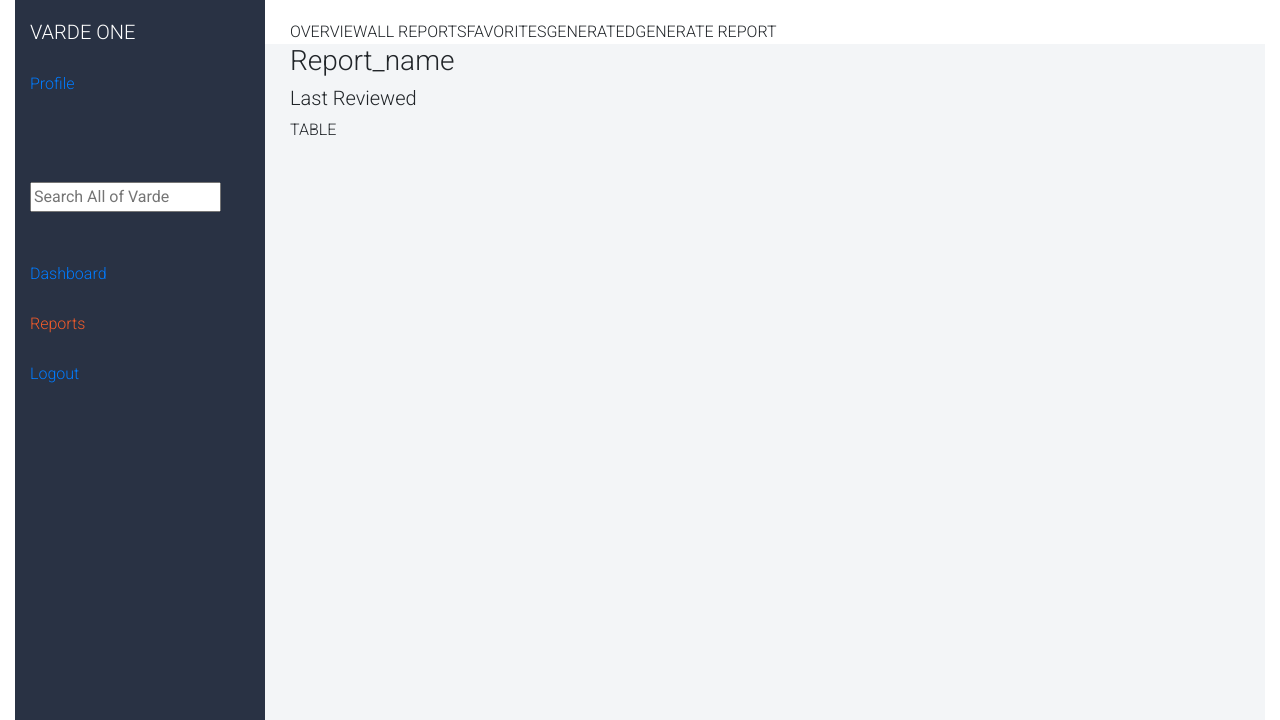
Repository: slavishtipkov/cra-redux
Page: /reports
The author's editor kept a copy of each file at every save. The page is drawn from the files as they stood at one save, then again after the next save.
The browser window is 1280 px wide. The pictures show the whole page.
The project was rebuilt for these pictures with package versions that can differ from the ones it lists, and the page was loaded fresh each time.

Above is the page before, as saved 2019-07-09 13:29:08.

### src/index.js
import React from "react";
import ReactDOM from "react-dom";
import { BrowserRouter as Router } from "react-router-dom";

import * as serviceWorker from "./serviceWorker";

import "@fortawesome/fontawesome-free/css/all.min.css";
import "bootstrap-css-only/css/bootstrap.min.css";
import "mdbreact/dist/css/mdb.css";

import App from "./Components/App";

import "./index.css";

ReactDOM.render(
  <Router>
    <App />
  </Router>,
  document.getElementById("root")
);

// If you want your app to work offline and load faster, you can change
// unregister() to register() below. Note this comes with some pitfalls.
// Learn more about service workers: https://bit.ly/CRA-PWA
serviceWorker.unregister();

### src/index.css
@import-normalize;

#root {
  max-width: 1360px;
  min-width: 960px;
  margin: 0 auto;
}

### src/Components/App/App.js
import React, { Suspense, lazy } from "react";
import { Route, Switch } from "react-router-dom";

import SideBar from "../Common/SideBar";

import "./App.scss";

const Login = lazy(() => import("../../Containers/Login"));
const Profile = lazy(() => import("../../Containers/Profile"));
const Dashboard = lazy(() => import("../../Containers/Dashboard"));
const Reports = lazy(() => import("../../Containers/Reports"));
const NotFound = lazy(() => import("../Common/NotFound"));

const App = ({ childProps }) => {
  return (
    <div className="container-fluid">
      <SideBar />
      <Suspense fallback={<div>Loading...</div>}>
        <Switch>
          <Route path="/" exact component={Login} props={childProps} />
          <Route path="/profile" exact component={Profile} props={childProps} />
          <Route
            path="/dashboard"
            exact
            component={Dashboard}
            props={childProps}
          />
          <Route path="/reports" exact component={Reports} props={childProps} />
          <Route component={NotFound} />
        </Switch>
      </Suspense>
    </div>
  );
};

export default App;

### src/Components/App/App.scss
.container-fluid {
  width: 100%;
  height: 100vh;

  display: flex;
  align-items: stretch;

  .side-bar {
    width: 20%;
  }

  .page {
    width: 80%;
    background-color: #f3f5f7;

    .page-header {
      .page-header-nav {
        background-color: #ffffff;
        ul {
          display: flex;
          margin: 0;
          padding: 0;

          padding-left: 25px;
          padding-top: 20px;

          li {
            display: block;
          }
        }
      }
      .page-header-content {
        padding-left: 25px;
      }
    }

    .page-content {
      padding-left: 25px;
    }
  }
}

### src/Containers/Reports/index.js
import Reports from "./Reports";

export default Reports;

### src/Components/Common/SideBar/SideBar.js
import React from "react";
import { NavLink } from "react-router-dom";

import "./sideBar.scss";
import { MDBContainer, MDBRow, MDBCol } from "mdbreact";
const SideBar = () => {
  const activeStyle = { color: "#F15B2A" };

  return (
    <nav className="side-bar">
      <h5 className="heading">VARDE ONE</h5>
      <div className="profile-section">
        <NavLink to="/profile" activeStyle={activeStyle}>
          Profile
        </NavLink>
      </div>
      <div className="search-bar">
        <input type="text" placeholder="Search All of Varde" />
      </div>
      <div className="main-links">
        <NavLink to="/dashboard" activeStyle={activeStyle}>
          Dashboard
        </NavLink>
        <NavLink to="/reports" activeStyle={activeStyle} exact>
          Reports
        </NavLink>
      </div>
      <NavLink to="/logout" activeStyle={activeStyle}>
        Logout
      </NavLink>
    </nav>
  );
};

export default SideBar;

### src/Containers/Reports/Reports.js
import React from "react";

const Reports = () => (
  <div className="reports-page page">
    <div className="reports-page-header page-header">
      <div className="page-header-nav">
        <ul>
          <li>OVERVIEW</li>
          <li>ALL REPORTS</li>
          <li>FAVORITES</li>
          <li>GENERATED</li>
          <li>GENERATE REPORT</li>
        </ul>
      </div>
      <div className="page-header-content">
        <h3>Report_name</h3>
      </div>
    </div>
    <div className="page-content">
      <h5>Last Reviewed</h5>
      <div className="table">TABLE</div>
    </div>
  </div>
);

export default Reports;

### src/Components/Common/SideBar/sideBar.scss
.side-bar {
  display: flex;
  flex-direction: column;

  padding-left: 15px;
  padding-right: 15px;
  background-color: #293244;

  .heading {
    padding-top: 20px;
    padding-bottom: 20px;
    color: white;
  }

  .profile-section {
    height: 90px;
    margin-bottom: 20px;
  }

  .serach-bar {
    padding-top: 20px;
    margin-bottom: 50px;

    input {
      display: inline;
    }
  }

  .main-links {
    display: flex;
    flex-direction: column;
    margin-top: 50px;

    a {
      height: 50px;
      text-decoration: none;
    }
  }
}

Loaded but not shown: public/index.html (common file); src/serviceWorker.js (common file); src/Components/App/index.js (common file); src/Components/Common/SideBar/index.js (common file)

After the next save:
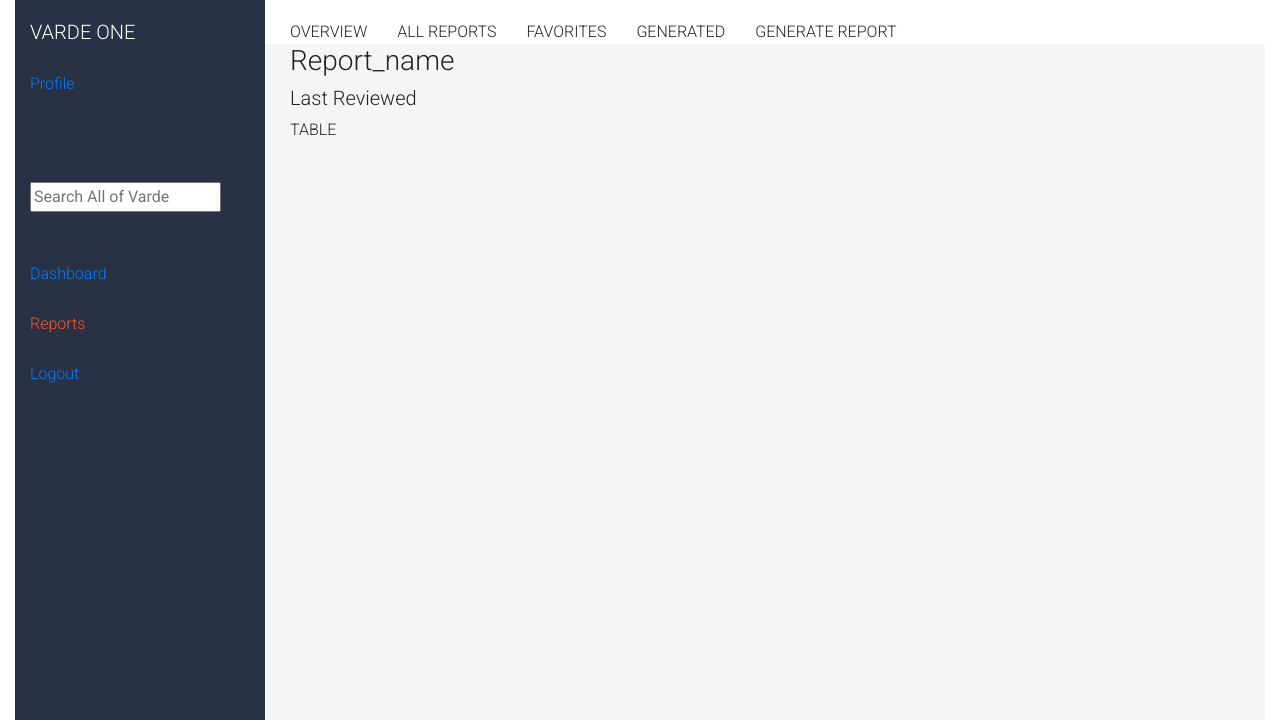
Saved 16 s later.
--- a/src/Components/App/App.scss
+++ b/src/Components/App/App.scss
@@ -26,6 +26,7 @@
 
           li {
             display: block;
+            margin-right: 30px;
           }
         }
       }
